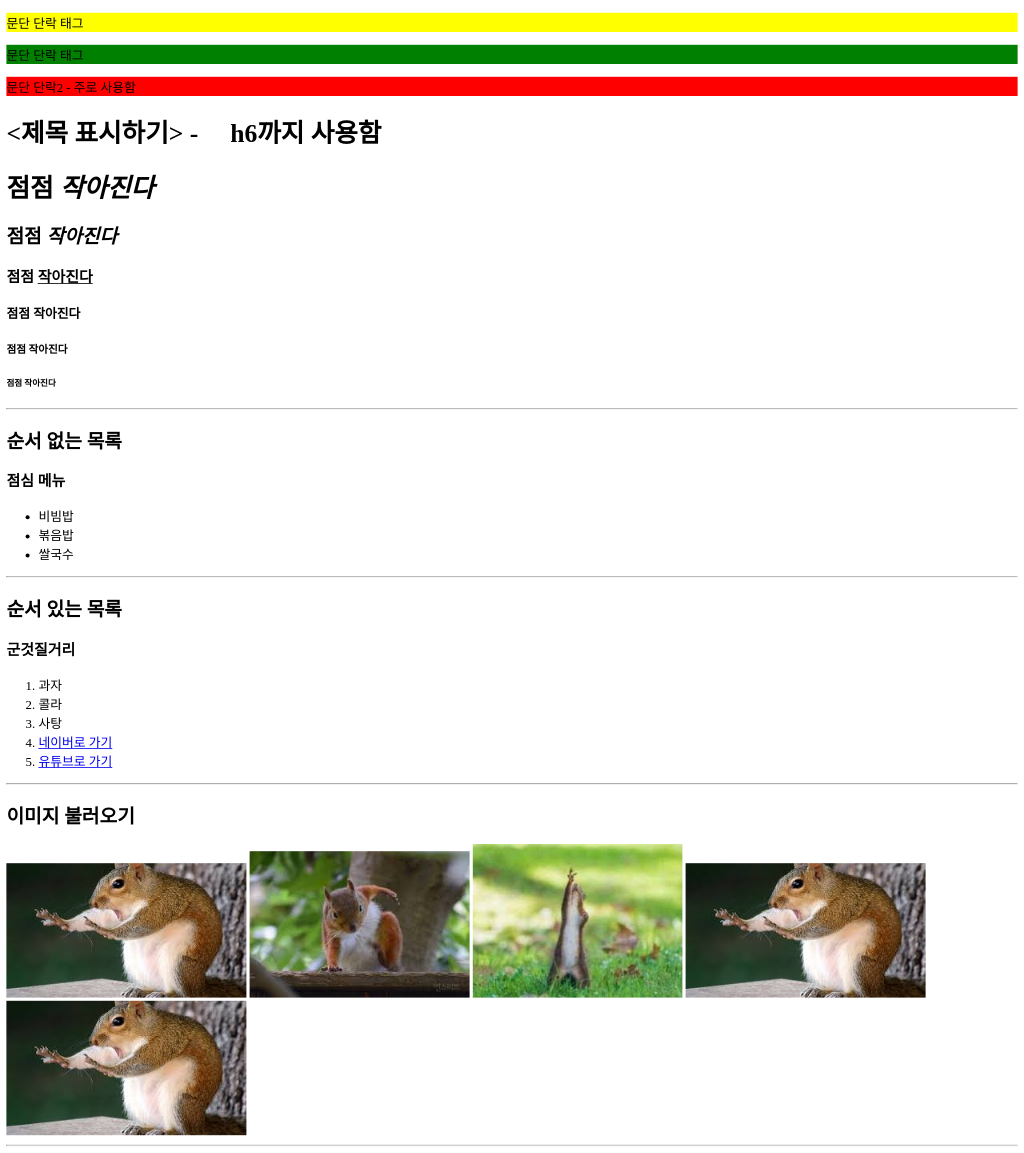
Repository: hsaar/jsworkplace
Page: http://localhost/testjsp/html/test01.jsp
These files come from the project's save history. The page is drawn as it stood at one moment and after the next save; the edit follows.
The browser window is 1280 px wide. The pictures show the whole page, at 80% of full size.
The page is served by Tomcat 9.

Above is the page before, as saved 2025-08-19 06:22:20.

### testjsp/src/main/webapp/html/test01.jsp
<%@ page language="java" contentType="text/html; charset=UTF-8"
    pageEncoding="UTF-8"%>
<!DOCTYPE html>
<html>
<head>
<meta charset="UTF-8">
<title>NAVAR</title>
</head>
<body>
	<p style="background:yellow">문단 단락 태그</p>
	<p style="background:green">문단 단락 태그</p>
	<div style="background:red">문단 단락2 - 주로 사용함</div>
	<div>
		<h1>&lt;제목 표시하기&gt; - &nbsp;&nbsp;&nbsp;&nbsp;h6까지 사용함</h1>
	</div>
	<div>
		<h1>점점 <i>작아진다</i></h1>
		<h2>점점 <em>작아진다</em></h2>
		<h3>점점 <ins>작아진다</ins></h3>
		<h4>점점 작아진다</h4>
		<h5>점점 작아진다</h5>
		<h6>점점 작아진다</h6>
	</div><hr>
	<div>
		<h2>순서 없는 목록</h2>
		<h3>점심 메뉴</h3>
		<ul>
			<li>비빔밥</li>
			<li>볶음밥</li>
			<li>쌀국수</li>
		</ul>
		<hr>
		<h2>순서 있는 목록</h2>
		<h3>군것질거리</h3>
		<ol>
			<li>과자</li>
			<li>콜라</li>
			<li>사탕</li>
			<li><a href="http://naver.com" target="_blank">네이버로 가기</a></li>
			<li><a href="http://youtube.com" target="_blank">유튜브로 가기</a></li>
		</ol>
	</div><hr>
	<!--  1) ./images/ - 현재폴더에서 image폴더로 이동
		  2) ../images/ - 상위폴더에서 image폴더로 이동
		  3) /images/ - 절대경로 root(http://localhost:8080/)에서 image폴더로 이동
	-->
	<div>
		<h2>이미지 불러오기</h2>
		<img src = "../image/ramjii.jpg">
		<img src = "../image/ramjiii.jpg">
		<img src = "../image/ramjiiii.jpg">
		<img src = "/testjsp/image/ramjii.jpg">
		<img src = "./image/ramjii.jpg"> <!-- 실행 X -->

	</div><hr>

</body>
</html>

After the next save:
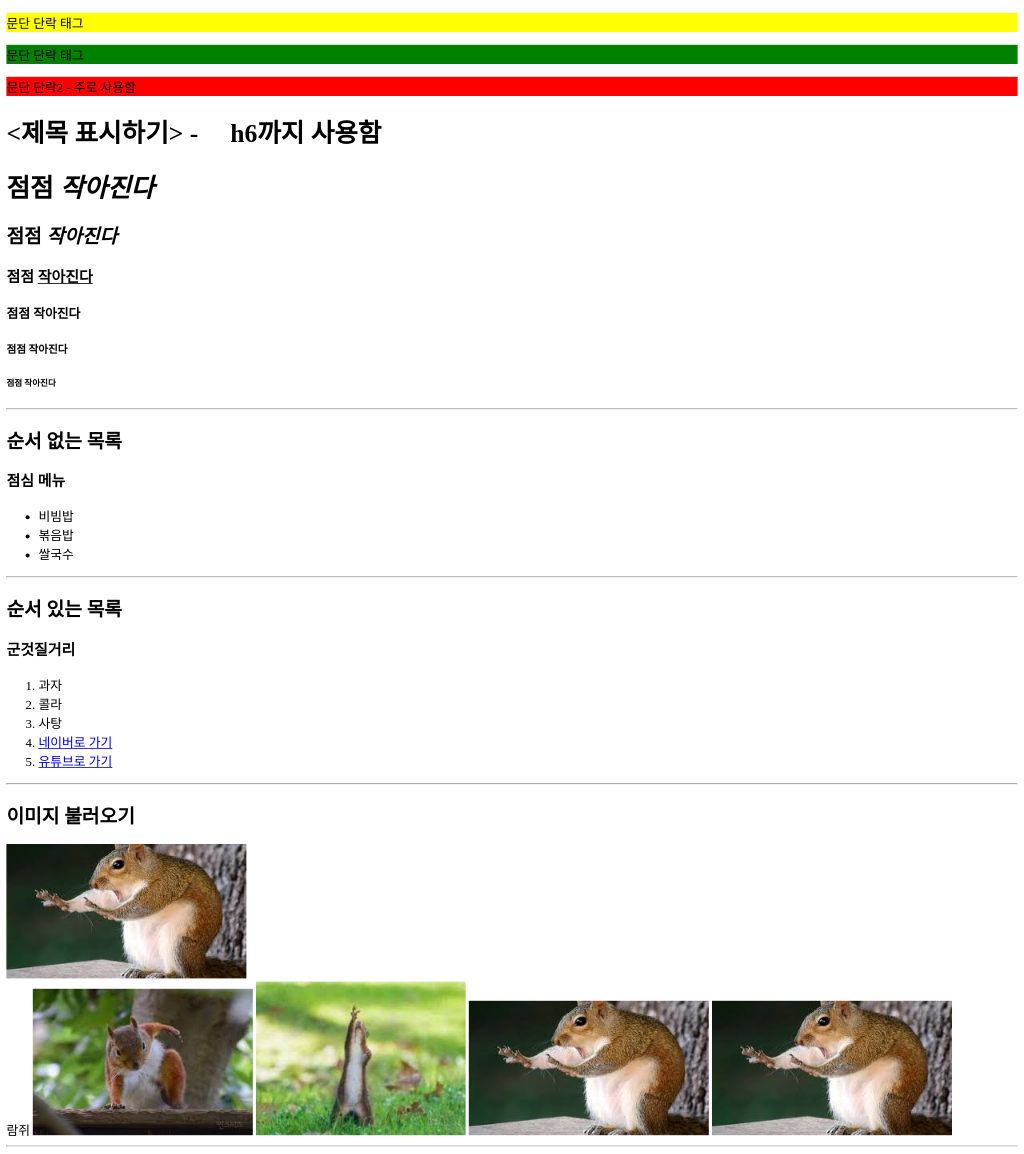
Saved 18 s later.
--- a/testjsp/src/main/webapp/html/test01.jsp
+++ b/testjsp/src/main/webapp/html/test01.jsp
@@ -46,7 +46,7 @@
 	-->
 	<div>
 		<h2>이미지 불러오기</h2>
-		<img src = "../image/ramjii.jpg">
+		<img src = "../image/ramjii.jpg"> <br> 람쥐
 		<img src = "../image/ramjiii.jpg">
 		<img src = "../image/ramjiiii.jpg">
 		<img src = "/testjsp/image/ramjii.jpg">

After the save that followed:
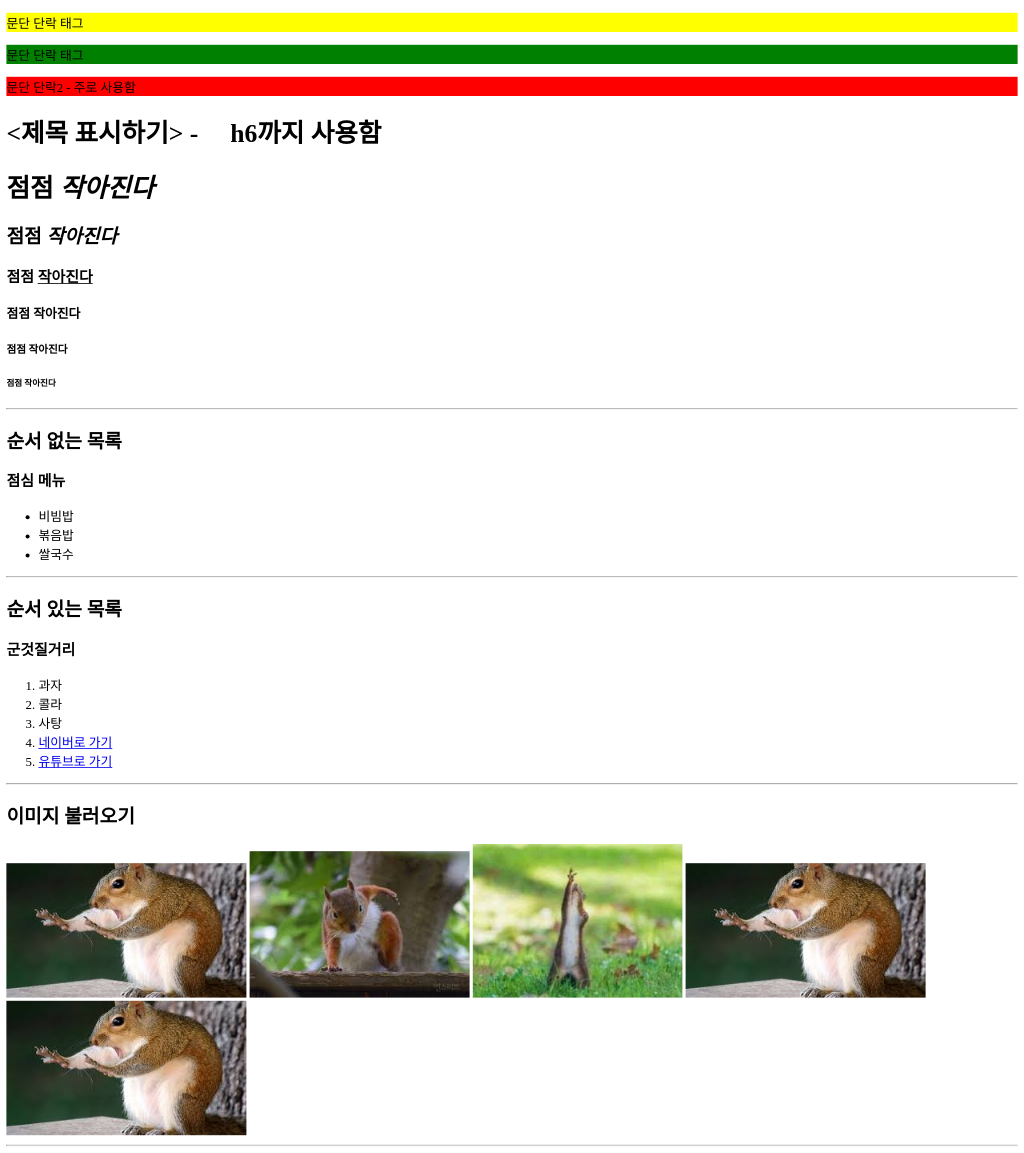
Saved 8 s later.
--- a/testjsp/src/main/webapp/html/test01.jsp
+++ b/testjsp/src/main/webapp/html/test01.jsp
@@ -46,7 +46,7 @@
 	-->
 	<div>
 		<h2>이미지 불러오기</h2>
-		<img src = "../image/ramjii.jpg"> <br> 람쥐
+		<img src = "../image/ramjii.jpg">
 		<img src = "../image/ramjiii.jpg">
 		<img src = "../image/ramjiiii.jpg">
 		<img src = "/testjsp/image/ramjii.jpg">
